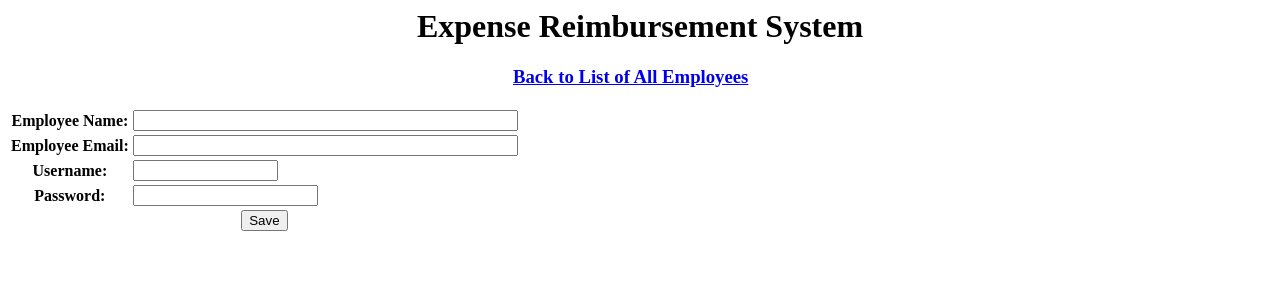
Repository: CCunningham0/project1
Page: http://localhost/reimbursement/employee-form.jsp
These files come from the project's save history. The page is drawn as it stood at one moment and after the next save; the edit follows.
The browser window is 1280 px wide. The pictures show the whole page.
The page is served by Tomcat 10.

Above is the page before, as saved 2021-09-07 05:19:07.

After the next save:
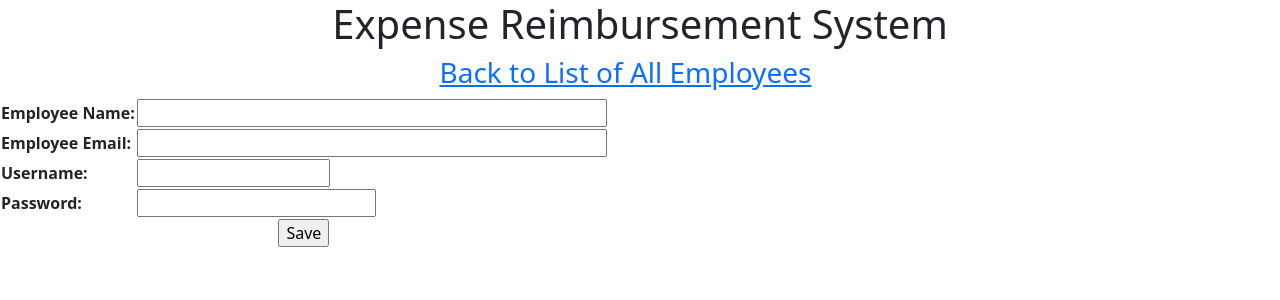
Saved 9 s later.
--- a/reimbursement/src/main/webapp/employee-form.jsp
+++ b/reimbursement/src/main/webapp/employee-form.jsp
@@ -2,7 +2,7 @@
 <head>
 <meta charset="UTF-8">
 <title>Expense Reimbursement System</title>
-
+<link href="https://cdn.jsdelivr.net/npm/bootstrap@5.1.0/dist/css/bootstrap.min.css" rel="stylesheet" integrity="sha384-KyZXEAg3QhqLMpG8r+8fhAXLRk2vvoC2f3B09zVXn8CA5QIVfZOJ3BCsw2P0p/We" crossorigin="anonymous">
 <script type="text/javascript" language="javascript" src="https://code.jquery.com/jquery-3.5.1.js"></script>
 <script type="text/javascript">
 </script>
